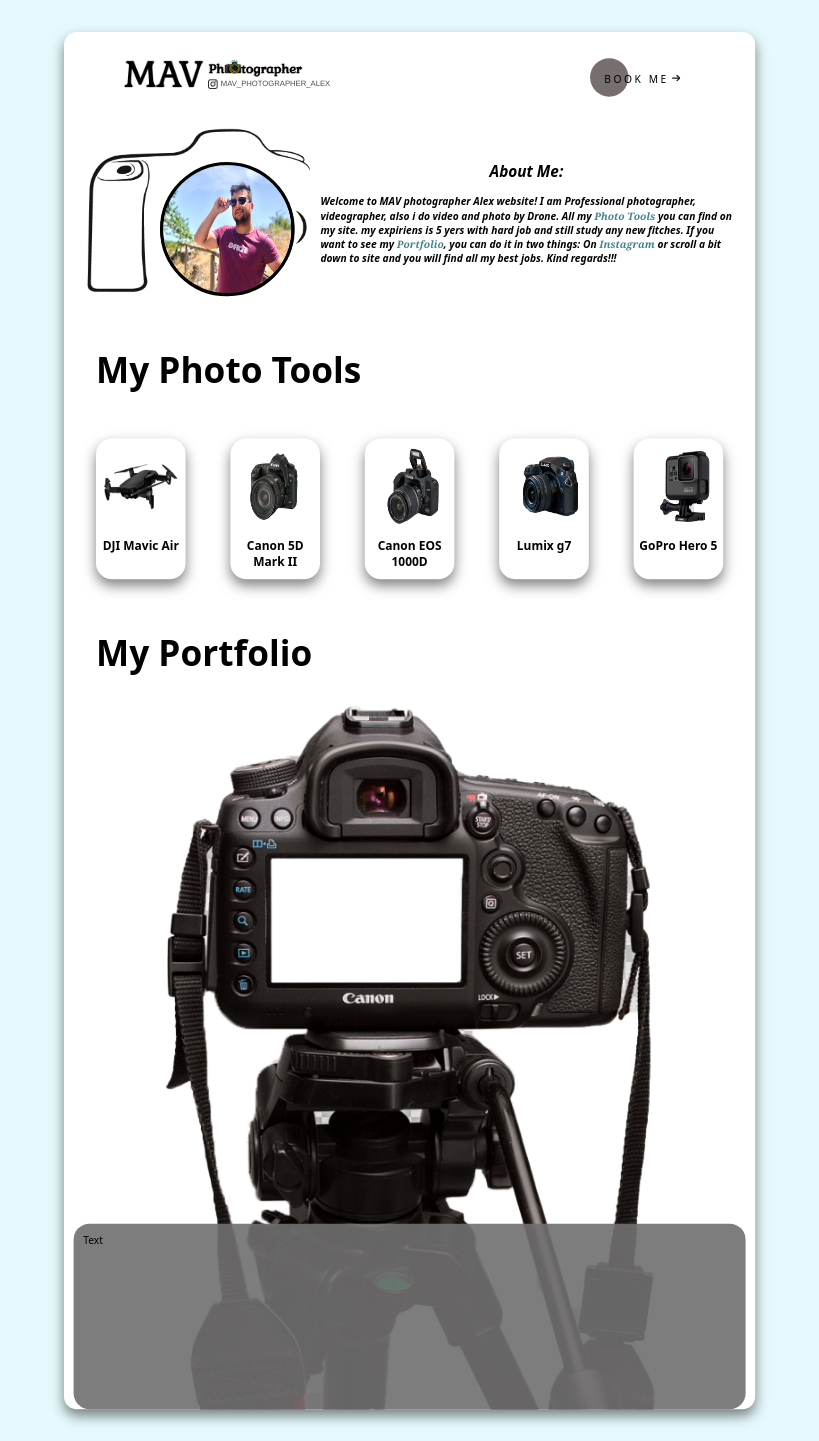
Repository: Dekabrist94/MAV
Page: /
The author's editor kept a copy of each file at every save. The page is drawn from the files as they stood at one save, then again after the next save.
The browser window is 1280 px wide. The pictures show the whole page, at 64% of full size.
The project was rebuilt for these pictures with package versions that can differ from the ones it lists, and the page was loaded fresh each time.

Above is the page before, as saved 2023-03-11 17:36:17.

### src/index.js
import React from 'react';
import ReactDOM from 'react-dom/client';
import './index.scss';
import App from './App';
import reportWebVitals from './reportWebVitals';

const root = ReactDOM.createRoot(document.getElementById('root'));
root.render(
  <React.StrictMode>
    <App />
  </React.StrictMode>,
);

// If you want to start measuring performance in your app, pass a function
// to log results (for example: reportWebVitals(console.log))
// or send to an analytics endpoint. Learn more: https://bit.ly/CRA-vitals
reportWebVitals();

### src/index.scss
.aboutLinks {
  color: rgb(68, 132, 141);
  text-decoration: none;
  font-family: Georgia, 'Times New Roman', Times, serif;
  transition: all 0.3s ease;
}

.aboutLinks:hover {
  color: rgb(235, 17, 82);
  text-decoration: none;
  font-family: Georgia, 'Times New Roman', Times, serif;
}

body {
  margin: 0;
  font-family: system-ui;
  -webkit-font-smoothing: antialiased;
  -moz-osx-font-smoothing: grayscale;
  background-color: rgb(12, 213, 240, 0.1);
}

.wrapper {
  background: #ffffff;
  box-shadow: 0px 10px 20px rgba(0, 0, 0, 0.5);
  border-radius: 20px;
  max-width: 1080px;
  margin: 50px auto;
}

header {
  padding: 40px;
  margin: 50px;
  display: flex;
  justify-content: space-between;
}

img {
  margin-right: 5px;
}

.headerLeft {
  display: flex;
  align-items: center;
}

.underLogoLink {
  color: black;
  opacity: 70%;
  font-family: 'Franklin Gothic Medium', 'Arial Narrow', Arial, sans-serif;
  text-decoration: none;
  transition: all 0.2s ease;
  text-transform: uppercase;
  font-size: 12px;
}
.underLogoLink:hover {
  opacity: 100%;
  transition: all 0.2s ease;
}
.instaLink {
  display: flex;
  margin-top: -3px;
  align-items: center;
}

.bookMe {
  margin-top: 20px;
}

h3,
p {
  margin: 0;
}

.aboutMe {
  margin-left: 150px;
  position: relative;
  display: flex;

  align-items: center;
  justify-content: space-between;
}

.camera {
  top: -50px;
  left: -190px;
  position: absolute;
}
.avatar {
  border-radius: 50%;
  border: 5px black solid;
  z-index: 1;
  transition: all 0.4s ease;

  cursor: pointer;
}
.avatar:hover {
  transition: all 0.4s ease;
  transform: scale(1.05);
  cursor: pointer;
}

.textAboutCenter {
  text-align: center;
  font-style: italic;
}
.textAbout {
  padding-bottom: 50px;
  padding-left: 5%;
  padding-right: 5%;
  text-align: left;
  font-style: italic;
}
.cardContainer {
  display: flex;
  padding: 15px;
}
.card {
  height: 220px;
  width: 140px;
  margin: 0 auto;
}

.cardBorder {
  border-radius: 25px;
  box-shadow: 0px 10px 20px rgba(0, 0, 0, 0.5);
}

.cardStyle {
  padding-top: 15px;
  text-align: center;
}

.CaptionTools {
  padding-left: 50px;
  font-size: 55px;
}

.Portfolio {
}

.captionPortfolio {
  padding-top: 15px;
  padding-left: 50px;
  font-size: 55px;
}

.mainCamera {
  margin: 0 auto;
  align-items: center;
  display: flex;
}

.cameraSlider {
  margin: 0 auto;
  z-index: 2;
}

.contContainer {
  position: relative;
  margin: 0px 15px auto;
}

.background {
  position: absolute;
  background: rgba(112, 111, 111, 0.9);
  width: 100%;
  height: 290px;
  margin: -290px auto;
  z-index: 3;
  border-radius: 25px;
}

.qr {
  padding: 15px;
}

// .contContainer {
//   background: rgba(26, 25, 25, 0.6);
//   border-radius: 25px;
//   padding: 15px;
//   margin: 0px 15px auto;
//   z-index: 3;
// }
// .contacts {
//   display: flex;
//   margin: 0 auto;
//   justify-content: space-between;
//   z-index: 4;
// }

// li {
//   list-style-type: none;
//   z-index: 5;
// }

// .qrcode {
//   border-radius: 25px;
// }

### src/App.js
import { Header } from './pages/Header';
import { PhotoTools } from './pages/PhotoTools';
import { AboutMe } from './pages/AboutMe';
import mainCamera from './assets/img/mainCamera.png';
function App() {
  return (
    <div className="wrapper">
      <Header />
      <AboutMe />
      <PhotoTools />

      <section className="Portfolio">
        <h1 className="captionPortfolio">My Portfolio</h1>
        <div className="slider">
          <div className="mainCamera">
            <img className="cameraSlider" width={800} height={1100} src={mainCamera} />
          </div>
        </div>
      </section>

      <section className="contContainer">
        <div className="background">
          <div className="qr">Text</div>
        </div>
      </section>

      {/* <section className="contContainer">
        <div>
          <h1 className="contCaption">Contacts</h1>
          <ul className="contacts">
            <li>
              <a href="https://www.instagram.com/palazzagofotografo/" target="_blank">
                <img
                  className="qrcode"
                  src="http://qrcoder.ru/code/?https%3A%2F%2Fwww.instagram.com%2Fpalazzagofotografo%2F&3&0"
                  width="123"
                  height="123"
                  title="Instagram QR Code"
                />
              </a>
              <h4 align="center">Instagram</h4>
            </li>
            <li>
              <a href="https://wa.me/+393519741841" target="_blank">
                <img
                  className="qrcode"
                  src="http://qrcoder.ru/code/?https%3A%2F%2Fwa.me%2F%2B393519741841&3&0"
                  width="123"
                  height="123"
                  title="WhatsApp QR Code"
                />
              </a>
              <h4 align="center">WhatsApp</h4>
            </li>
            <li>
              <a href="https://t.me/mavphotographeralex" target="_blank">
                <img
                  className="qrcode"
                  src="http://qrcoder.ru/code/?https%3A%2F%2Ftelegram.me%2F%40mavphotographer&4&0"
                  width="123"
                  height="123"
                  title="Telegram QR Code"
                />
              </a>
              <h4 align="center">Telegram</h4>
            </li>
          </ul>
        </div>
      </section> */}
    </div>
  );
}

export default App;

### src/pages/Header.jsx
import PHOTOGRAPHER from '../assets/img/photographer.png';
import InstaLogo from '../assets/img/instagram.png';
import MAV from '../assets/img/MAV.png';
import '../index.scss';
import { CustomButton } from '../components/button UI';
export const Header = () => {
  return (
    <header>
      <div className="headerLeft">
        <img width={130} height={50} src={MAV} alt="logo" />
        <div className="headerInfo">
          <img width={150} height={30} src={PHOTOGRAPHER} alt="logo" />
          <div className="instaLink">
            <img width={15} height={15} src={InstaLogo} alt="Instagram" />
            <a href="#" className="underLogoLink">
              mav_photographer_alex
            </a>
          </div>
        </div>
      </div>
      <div className="bookMe">
        <CustomButton text="BOOK ME" style="link" />
      </div>
    </header>
  );
};

### src/pages/PhotoTools.jsx
import Drone from '../assets/img/mavicAir.png';
import Mark from '../assets/img/5dmark.png';
import CanonD from '../assets/img/1000d.png';
import Lumix from '../assets/img/lumix.png';
import Hero5 from '../assets/img/hero5.png';

import '../index.scss';

export const PhotoTools = () => {
  return (
    <section className="PhotoTools">
      <aside>
        <h1 className="CaptionTools">My Photo Tools</h1>
      </aside>
      <div className="cardContainer">
        <div className="card cardBorder">
          <img className="cardStyle" width={140} height={120} src={Drone} alt="card" />
          <p className="cardStyle">
            <h3>DJI Mavic Air</h3>
          </p>
        </div>
        <div className="card cardBorder">
          <img className="cardStyle" width={140} height={120} src={Mark} alt="card" />
          <p className="cardStyle">
            <h3>Canon 5D Mark II</h3>
          </p>
        </div>
        <div className="card cardBorder">
          <img className="cardStyle" width={160} height={120} src={CanonD} alt="card" />
          <p className="cardStyle">
            <h3>Canon EOS 1000D</h3>
          </p>
        </div>
        <div className="card cardBorder">
          <img className="cardStyle" width={160} height={120} src={Lumix} alt="card" />
          <p className="cardStyle">
            <h3>Lumix g7</h3>
          </p>
        </div>
        <div className="card cardBorder">
          <img className="cardStyle" width={160} height={120} src={Hero5} alt="card" />
          <p className="cardStyle">
            <h3>GoPro Hero 5</h3>
          </p>
        </div>
      </div>
    </section>
  );
};

### src/pages/AboutMe.jsx
import '../index.scss';
import Camera from '../assets/img/camera.png';
import AVATAR from '../assets/img/AVATAR.jpg';
export const AboutMe = () => {
  return (
    <section className="aboutMe">
      <img className="avatar" width={200} height={200} src={AVATAR} alt="AVATAR" />
      <img className="camera" width={500} height={302} src={Camera} alt="Camera" />

      <div>
        <h1 className="textAboutCenter">About Me:</h1>
        <h4 className="textAbout">
          Welcome to MAV photographer Alex website! I am Professional photographer, videographer,
          also i do video and photo by Drone. All my{' '}
          <a className="aboutLinks" href="#">
            Photo Tools
          </a>{' '}
          you can find on my site. my expiriens is 5 yers with hard job and still study any new
          fitches. If you want to see my{' '}
          <a className="aboutLinks" href="#">
            Portfolio
          </a>
          , you can do it in two things: On{' '}
          <a className="aboutLinks" href="#">
            Instagram
          </a>{' '}
          or scroll a bit down to site and you will find all my best jobs. Kind regards!!!
        </h4>
      </div>
    </section>
  );
};

### src/components/button UI/index.jsx
import styles from './Button.module.css';
import React from 'react';

export const CustomButton = ({ type, text, link, style }) => {
  if (style === 'btn') {
    return (
      <button className={`${styles.button} ${styles.buttonBtn}`} type={type}>
        <span>{text}</span>
        <svg width="13px" height="10px" viewBox="0 0 13 10">
          <path d="M1,5 L11,5"></path>
          <polyline points="8 1 12 5 8 9"></polyline>
        </svg>
      </button>
    );
  } else if (style === 'link') {
    return (
      <a
        href={link}
        className={`${styles.button} ${styles.buttonLink}`}
        target="_blank"
        rel="noreferrer">
        <span>{text}</span>
        <svg width="13px" height="10px" viewBox="0 0 13 10">
          <path d="M1,5 L11,5"></path>
          <polyline points="8 1 12 5 8 9"></polyline>
        </svg>
      </a>
    );
  }
  return <button>{text}</button>;
};

### src/components/button UI/Button.module.css
.button {
  position: relative;
  margin: auto;
  padding: 19px 22px;
  transition: all 0.2s ease;
  cursor: pointer;
}
.button:before {
  content: '';
  position: absolute;
  top: 0;
  left: 0;
  display: block;
  border-radius: 50%;

  width: 60px;
  height: 60px;
  transition: all 0.5s ease;
}
.buttonLink:before {
  background: rgb(119, 111, 111);
}
.buttonBtn:before {
  background: rgba(255, 165, 45, 0.5);
}
.button span {
  position: relative;
  font-size: 16px;
  line-height: 18px;
  font-weight: 400;
  letter-spacing: 4px;
  text-transform: uppercase;
  vertical-align: middle;
  transition: color 0.5s ease;
}
.button:hover span {
  color: #fff;
}
.button svg {
  position: relative;
  top: 0;
  margin-left: 10px;
  fill: none;
  stroke-linecap: round;
  stroke-linejoin: round;
  stroke: #111;
  stroke-width: 2;
  transform: translateX(-5px);
  transition: all 0.5s ease;
}
.button:hover:before {
  width: 100%;
  border-radius: 50px;
}
.buttonLink:hover:before {
  background: black;
}
.buttonBtn:hover:before {
  background: rgb(255, 165, 45);
}
.button:hover svg {
  transform: translateX(0);
  stroke: #fff;
}
.button:active {
  transform: scale(0.96);
}

Loaded but not shown: public/index.html (common file); src/reportWebVitals.js (common file)

After the next save:
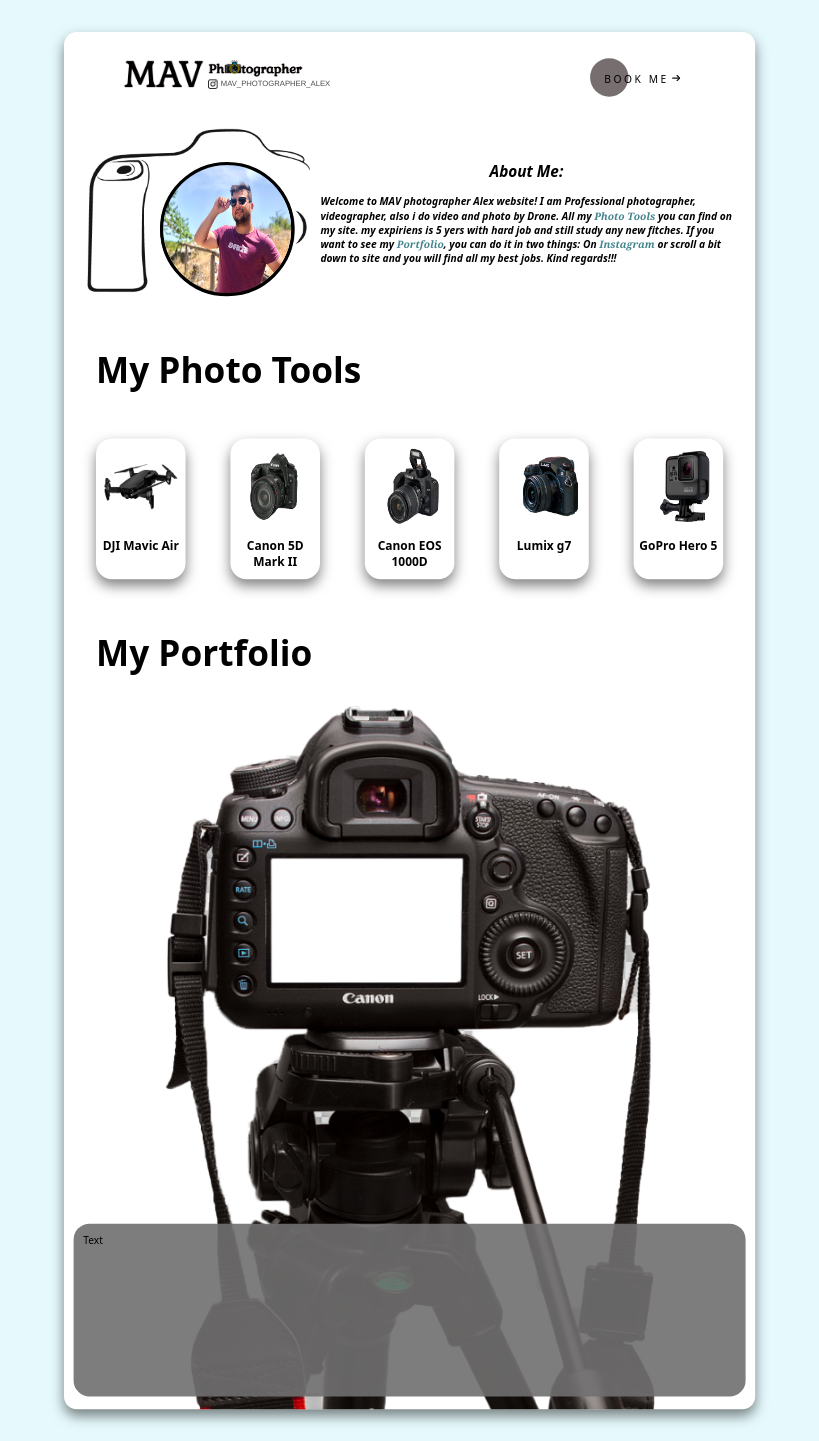
Saved 7 s later.
--- a/src/index.scss
+++ b/src/index.scss
@@ -164,7 +164,7 @@
   position: absolute;
   background: rgba(112, 111, 111, 0.9);
   width: 100%;
-  height: 290px;
+  height: 270px;
   margin: -290px auto;
   z-index: 3;
   border-radius: 25px;
